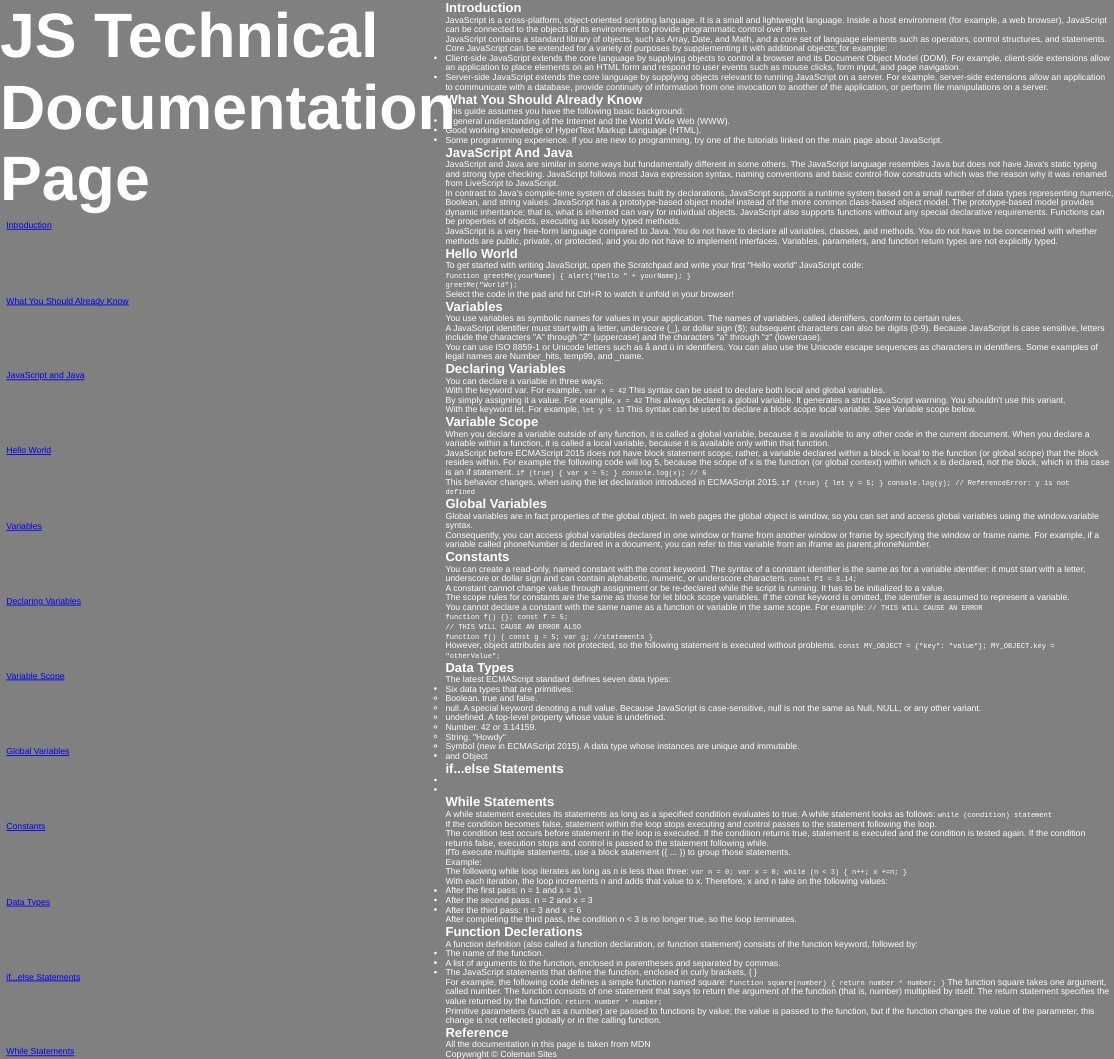
Repository: ctcoleman/technicalDocumentationPage
Page: index.html
These files come from the project's save history. The page is drawn as it stood at one moment and after a run of saves; the edit follows.
The browser window is 1280 px wide. The pictures show the whole page, at 87% of full size.

Above is the page before, as saved 2020-07-10 19:44:46.

### index.html
<!DOCTYPE html>
<html lang="en">

<head>
  <meta charset="UTF-8">
  <meta name="viewport" content="width=device-width, initial-scale=1.0">
  <title>FCC: Technical Documentation Page</title>
  <link type="text/css" rel="stylesheet" href="/assets/stylesheets/style.css">
</head>

<body>

  <nav id="navbar">
    <header id="main-heading">
      <h1>JS Technical Documentation Page</h1>
    </header>
    <div class="nav-container">
      <a class="nav-link" href="#introduction">Introduction</a>
      <a class="nav-link" href="#what_you_should_already_know">What You Should Already Know</a>
      <a class="nav-link" href="#javaScript_and_java">JavaScript and Java</a>
      <a class="nav-link" href="#hello_world">Hello World</a>
      <a class="nav-link" href="#variables">Variables</a>
      <a class="nav-link" href="#declaring_variables">Declaring Variables</a>
      <a class="nav-link" href="#variable_scope">Variable Scope</a>
      <a class="nav-link" href="#global_variables">Global Variables</a>
      <a class="nav-link" href="#constants">Constants</a>
      <a class="nav-link" href="#data_types">Data Types</a>
      <a class="nav-link" href="#if...else_statements">if...else Statements</a>
      <a class="nav-link" href="#while_statements">While Statements</a>
      <a class="nav-link" href="#function_declerations">Function Declerations</a>
      <a class="nav-link" href="#reference">Reference</a>
    </div>
  </nav>

  <main id="main-doc">

    <section class="main-section" id="introduction">
      <header class="topic-header">
        <h2>Introduction</h2>
      </header>
      <article>
        <p>
          JavaScript is a cross-platform, object-oriented scripting language. It is a small and lightweight language.
          Inside a host environment (for example, a web browser), JavaScript can be connected to the objects of its
          environment to provide programmatic control over them.
        </p>
        <p>
          JavaScript contains a standard library of objects, such as Array, Date, and Math, and a core set of language
          elements such as operators, control structures, and statements. Core JavaScript can be extended for a variety
          of purposes by supplementing it with additional objects; for example:
        <ul>
          <li>Client-side JavaScript extends the core language by supplying objects to control a browser and its
            Document Object Model (DOM). For example, client-side extensions allow an application to place elements on
            an HTML form and respond to user events such as mouse clicks, form input, and page navigation.</li>
          <li>Server-side JavaScript extends the core language by supplying objects relevant to running JavaScript on a
            server. For example, server-side extensions allow an application to communicate with a database, provide
            continuity of information from one invocation to another of the application, or perform file manipulations
            on a server.</li>
        </ul>
        </p>
      </article>
    </section>

    <section class="main-section" id="what_you_should_already_know">
      <header class="topic-header">
        <h2>What You Should Already Know</h2>
      </header>
      <article>
        <p>
          This guide assumes you have the following basic background:
        <ul>
          <li>A general understanding of the Internet and the World Wide Web (WWW).
          </li>
          <li>Good working knowledge of HyperText Markup Language (HTML).
          </li>
          <li>Some programming experience. If you are new to programming, try one of the tutorials linked on the main
            page about JavaScript.
          </li>
        </ul>
        </p>
      </article>
    </section>

    <section class="main-section" id="javaScript_and_java">
      <header class="topic-header">
        <h2>JavaScript And Java</h2>
      </header>
      <article>
        <p>
          JavaScript and Java are similar in some ways but fundamentally different in some others. The JavaScript
          language resembles Java but does not have Java's static typing and strong type checking. JavaScript follows
          most Java expression syntax, naming conventions and basic control-flow constructs which was the reason why it
          was renamed from LiveScript to JavaScript.
        </p>
        <p>
          In contrast to Java's compile-time system of classes built by declarations, JavaScript supports a runtime
          system based on a small number of data types representing numeric, Boolean, and string values. JavaScript has
          a prototype-based object model instead of the more common class-based object model. The prototype-based model
          provides dynamic inheritance; that is, what is inherited can vary for individual objects. JavaScript also
          supports functions without any special declarative requirements. Functions can be properties of objects,
          executing as loosely typed methods.
        </p>
        <p>
          JavaScript is a very free-form language compared to Java. You do not have to declare all variables, classes,
          and methods. You do not have to be concerned with whether methods are public, private, or protected, and you
          do not have to implement interfaces. Variables, parameters, and function return types are not explicitly
          typed.
        </p>
      </article>
    </section>

    <section class="main-section" id="hello_world">
      <header class="topic-header">
        <h2>Hello World</h2>
      </header>
      <article>
        <p>
          To get started with writing JavaScript, open the Scratchpad and write your first "Hello world" JavaScript
          code:
        </p>
        <code>
          function greetMe(yourName) { alert("Hello " + yourName); }<br>
          greetMe("World");
        </code>
        <p>
          Select the code in the pad and hit Ctrl+R to watch it unfold in your browser!
        </p>
      </article>
    </section>

    <section class="main-section" id="variables">
      <header class="topic-header">
        <h2>Variables</h2>
      </header>
      <article>
        <p>
          You use variables as symbolic names for values in your application. The names of variables, called
          identifiers, conform to certain rules.
        </p>
        <p>
          A JavaScript identifier must start with a letter, underscore (_), or dollar sign ($); subsequent characters
          can also be digits (0-9). Because JavaScript is case sensitive, letters include the characters "A" through "Z"
          (uppercase) and the characters "a" through "z" (lowercase).
        </p>
        <p>
          You can use ISO 8859-1 or Unicode letters such as å and ü in identifiers. You can also use the Unicode escape
          sequences as characters in identifiers. Some examples of legal names are Number_hits, temp99, and _name.
        </p>
      </article>
    </section>

    <section class="main-section" id="declaring_variables">
      <header class="topic-header">
        <h2>Declaring Variables</h2>
      </header>
      <article>
        <p>
          You can declare a variable in three ways:
        </p>
        <p>
          With the keyword var. For example,
          <code> var x = 42</code>
          This syntax can be used to declare both local and global variables.
        </p>
        <p>
          By simply assigning it a value. For example,
          <code>x = 42</code>
          This always declares a global variable. It generates a strict JavaScript warning. You shouldn't use this
          variant.
        </p>
        <p>
          With the keyword let. For example,
          <code>let y = 13</code>
          This syntax can be used to declare a block scope local variable. See Variable scope below.
        </p>
      </article>
    </section>

    <section class="main-section" id="variable_scope">
      <header class="topic-header">
        <h2>Variable Scope</h2>
      </header>
      <article>
        <p>
          When you declare a variable outside of any function, it is called a global variable, because it is available
          to any other code in the current document. When you declare a variable within a function, it is called a local
          variable, because it is available only within that function.
        </p>
        <p>
          JavaScript before ECMAScript 2015 does not have block statement scope; rather, a variable declared within a
          block is local to the function (or global scope) that the block resides within. For example the following code
          will log 5, because the scope of x is the function (or global context) within which x is declared, not the
          block, which in this case is an if statement.
          <code>if (true) { var x = 5; } console.log(x); // 5</code>
        </p>
        <p>
          This behavior changes, when using the let declaration introduced in ECMAScript 2015.
          <code>if (true) { let y = 5; } console.log(y); // ReferenceError: y is not<br>
          defined</code>
        </p>
      </article>
    </section>

    <section class="main-section" id="global_variables">
      <header class="topic-header">
        <h2>Global Variables</h2>
      </header>
      <article>
        <p>
          Global variables are in fact properties of the global object. In web pages the global object is window, so you
          can set and access global variables using the window.variable syntax.
        </p>
        <p>
          Consequently, you can access global variables declared in one window or frame from another window or frame by
          specifying the window or frame name. For example, if a variable called phoneNumber is declared in a document,
          you can refer to this variable from an iframe as parent.phoneNumber.
        </p>
      </article>
    </section>

    <section class="main-section" id="constants">
      <header class="topic-header">
        <h2>Constants</h2>
      </header>
      <article>
        <p>
          You can create a read-only, named constant with the const keyword. The syntax of a constant identifier is the
          same as for a variable identifier: it must start with a letter, underscore or dollar sign and can contain
          alphabetic, numeric, or underscore characters.
          <code>const PI = 3.14;</code>
        </p>
        <p>
          A constant cannot change value through assignment or be re-declared while the script is running. It has to be
          initialized to a value.
          <br>
          The scope rules for constants are the same as those for let block scope variables. If the const keyword is
          omitted, the identifier is assumed to represent a variable.
          <br>
          You cannot declare a constant with the same name as a function or variable in the same scope. For example:
          <code>
            // THIS WILL CAUSE AN ERROR<br> function f() {}; const f = 5;<br> // THIS WILL
            CAUSE AN ERROR ALSO<br> function f() { const g = 5; var g; //statements
            }
          </code>
        </p>
        <p>
          However, object attributes are not protected, so the following statement is executed without problems.

          <code>
            const MY_OBJECT = {"key": "value"}; MY_OBJECT.key = "otherValue";
          </code>
        </p>
      </article>
    </section>

    <section class="main-section" id="data_types">
      <header class="topic-header">
        <h2>Data Types</h2>
      </header>
      <article>
        <p>
          The latest ECMAScript standard defines seven data types:
        <ul>
          <li>Six data types that are primitives:</li>
          <ul>
            <li>Boolean. true and false.</li>
            <li>null. A special keyword denoting a null value. Because JavaScript is case-sensitive, null is not the
              same as Null, NULL,
              or any other variant.</li>
            <li>undefined. A top-level property whose value is undefined.</li>
            <li>Number. 42 or 3.14159.</li>
            <li>String. "Howdy"</li>
            <li>Symbol (new in ECMAScript 2015). A data type whose instances are unique and immutable.</li>
          </ul>
          <li>and Object</li>
        </ul>
        </p>
        <p>

        </p>
      </article>
    </section>

    <section class="main-section" id="if...else_statements">
      <header class="topic-header">
        <h2>if...else Statements</h2>
      </header>
      <article>
        <p>
        <ul>
          <li></li>
          <li></li>
        </ul>
        </p>
        <p>

        </p>
      </article>
    </section>

    <section class="main-section" id="while_statements">
      <header class="topic-header">
        <h2>While Statements</h2>
      </header>
      <article>
        <p>
          A while statement executes its statements as long as a specified condition evaluates to true. A while
          statement looks as
          follows:
          <code>while (condition) statement</code>
        </p>
        <p>
          If the condition becomes false, statement within the loop stops executing and control passes to the statement
          following the loop.
          <br>
          The condition test occurs before statement in the loop is executed. If the condition returns true, statement
          is executed and the condition is tested again. If the condition returns false, execution stops and control is
          passed to the statement following while.
        </p>
        <p>
          IfTo execute multiple statements, use a block statement ({ ... }) to group those statements.
          <br>
          Example:
          <br>
          The following while loop iterates as long as n is less than three:
          <code>
            var n = 0; var x = 0; while (n < 3) { n++; x +=n; }
          </code>
        </p>
        <p>
          With each iteration, the loop increments n and adds that value to x. Therefore, x and n take on the following
          values:
        <ul>
          <li>
            After the first pass: n = 1 and x = 1\
          </li>
          <li>
            After the second pass: n = 2 and x = 3
          </li>
          <li>
            After the third pass: n = 3 and x = 6
          </li>
        </ul>
        After completing the third pass, the condition n < 3 is no longer true, so the loop terminates. </p>
      </article>
    </section>

    <section class="main-section" id="function_declerations">
      <header class="topic-header">
        <h2>Function Declerations</h2>
      </header>
      <article>
        <p>
          A function definition (also called a function declaration, or function statement) consists of the function
          keyword, followed by:
        <ul>
          <li>The name of the function.</li>
          <li>A list of arguments to the function, enclosed in parentheses and separated by commas.</li>
          <li>The JavaScript statements that define the function, enclosed in curly brackets, { }</li>
        </ul>
        </p>
        For example, the following code defines a simple function named square:
        <code>function square(number) { return number * number; }</code>
        The function square takes one argument, called number. The function consists of one statement that says to
        return the
        argument of the function (that is, number) multiplied by itself. The return statement specifies the value
        returned by
        the function.
        <code>return number * number;</code>

        <p>
          Primitive parameters (such as a number) are passed to functions by value; the value is passed to the function,
          but if the function changes the value of the parameter, this change is not reflected globally or in the
          calling function.
        </p>
      </article>
    </section>

    <section class="main-section" id="reference">
      <header class="topic-header">
        <h2>Reference</h2>
      </header>
      <article>
        <p>
          All the documentation in this page is taken from MDN
          <p />
      </article>
    </section>

    <footer id="footer-wrapper">
      <span>Copywright &copy; Coleman Sites</span>
    </footer>
  </main>
  <script src="https://cdn.freecodecamp.org/testable-projects-fcc/v1/bundle.js"></script>
</body>

</html>

### assets/stylesheets/style.css
/** Basic Styling **/
* {
  margin: 0;
  padding: 0;
  outline: 0;
  box-sizing: border-box;
}

body {
 background: grey;
 color: white;
 -webkit-font-smoothing: antialiased;
 display: flex;
}

body,
input,
button {
 font-size: 62.5%;
 font-family: 'Helvetica';
}

button {
 cursor: pointer;
}

/** NavBar Styling **/
#navbar {
  width: 40vw;
}
/** Heading Stying **/

#main-heading h1 {
  font-size: 4.5rem;
}

.nav-container {
  position: fixed;
  left: 0;
  display: flex;
  flex-direction: column;
}

.nav-container .nav-link {
  display: inline-block;
  width: 15vw;
  height: 10vh;
  margin: 1vh;
}

After the next 2 saves:
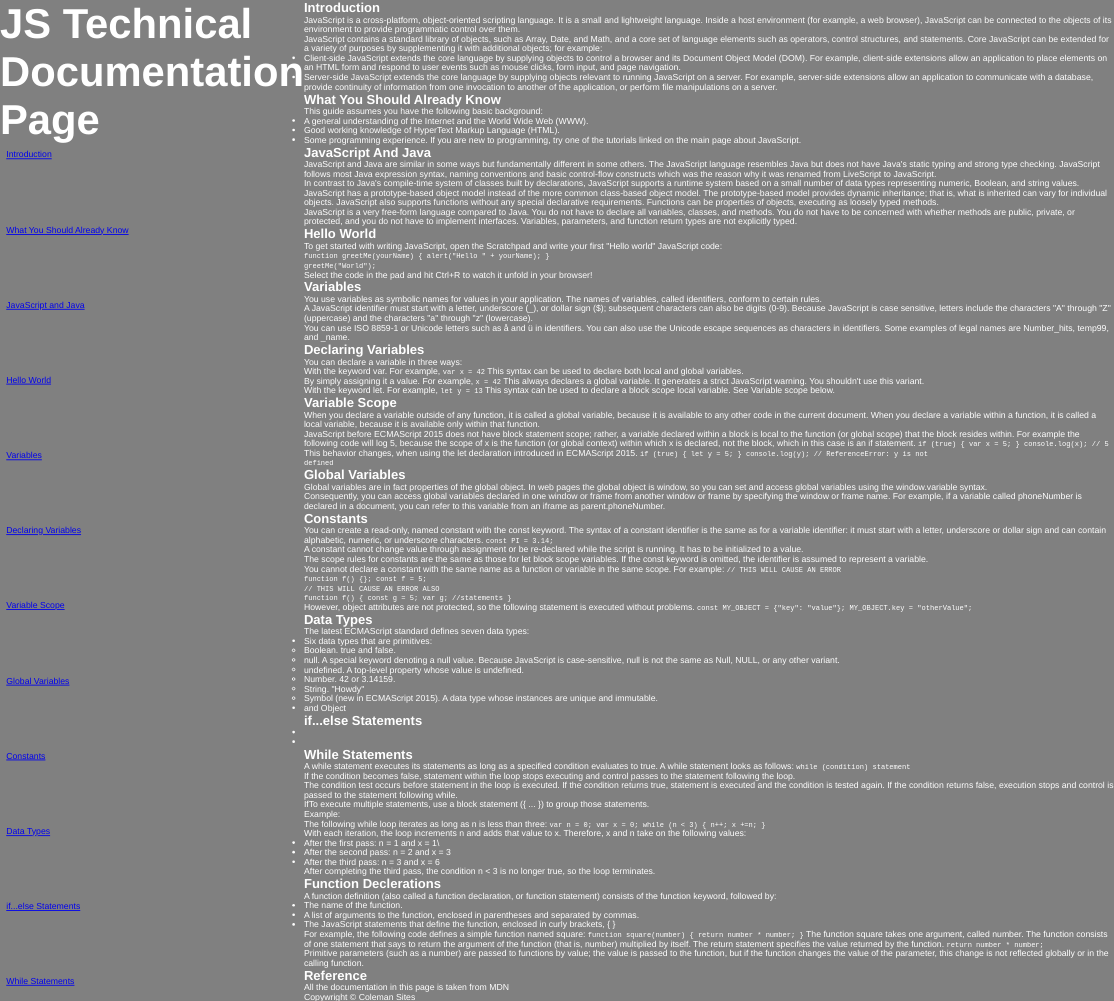
The 2 saves are shown as one change because they came seconds apart.
The last was saved 18 s later.
--- a/assets/stylesheets/style.css
+++ b/assets/stylesheets/style.css
@@ -31,7 +31,7 @@ button {
 /** Heading Stying **/
 
 #main-heading h1 {
-  font-size: 4.5rem;
+  font-size: 3rem;
 }
 
 .nav-container {
